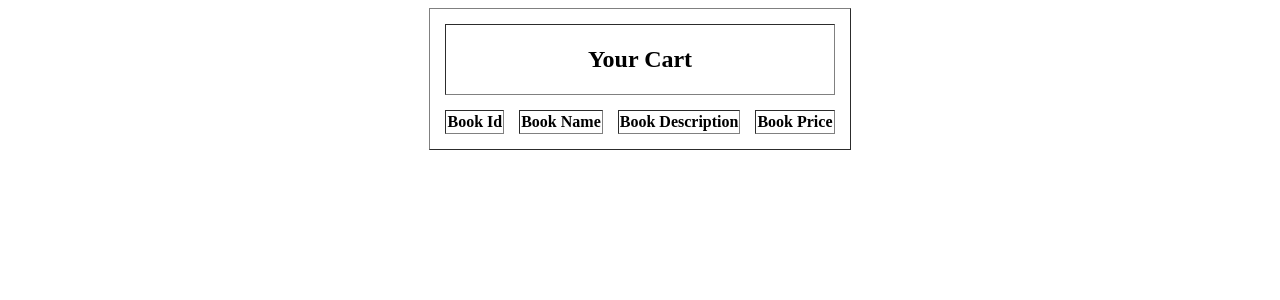
Repository: Rccalfa123/OnlineShopingCart
Page: http://localhost/OnlineBookShopping_Servlet-JSP/Cart.jsp
The author's editor kept a copy of each file at every save. The page is drawn from the files as they stood at one save, then again after a run of saves.
The browser window is 1280 px wide. The pictures show the whole page.
The page is served by Tomcat 9.

Above is the page before, as saved 2018-08-09 09:36:06.

After the next 2 saves:
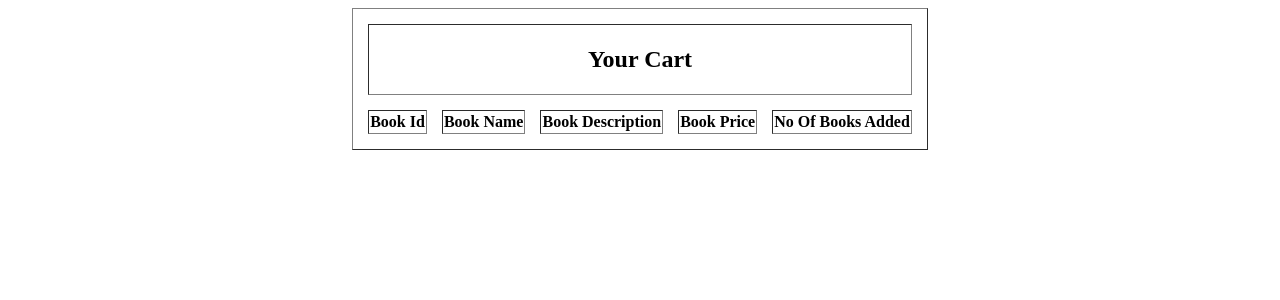
The 2 saves are shown as one change because they came seconds apart.
The last was saved 36 s later.
--- a/OnlineBookShopping_Servlet-JSP/WebContent/Cart.jsp
+++ b/OnlineBookShopping_Servlet-JSP/WebContent/Cart.jsp
@@ -21,6 +21,7 @@
 					<th height="20">Book Name</th>
 					<th height="20">Book Description</th>
 					<th height="20">Book Price</th>
+					<th height="20">No Of Books Added</th>
 
 				</tr>
 
